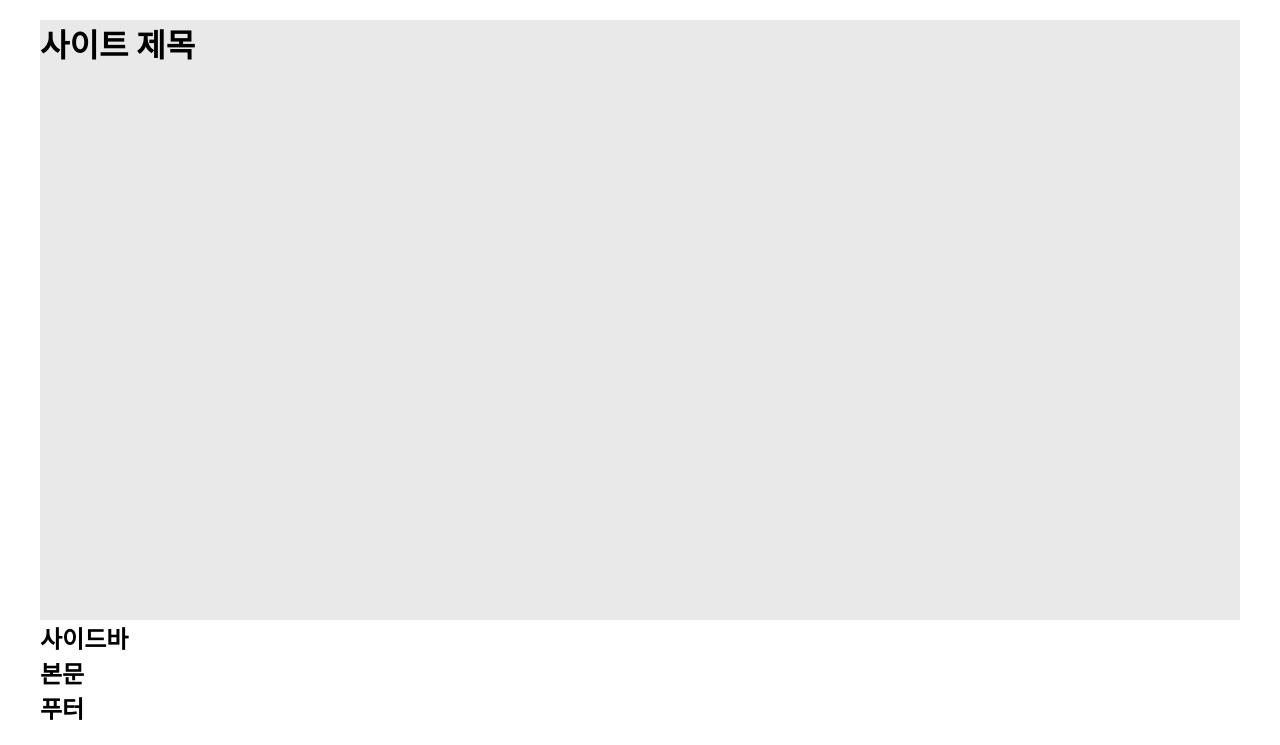
Repository: topyoungil/CodeMemories-ByJake
Page: HTML_CSS/WebContent/test/1003_css/2column.html
The author's editor kept a copy of each file at every save. The page is drawn from the files as they stood at one save, then again after the next save.
The browser window is 1280 px wide. The pictures show the whole page.

Above is the page before, as saved 2022-10-03 06:22:06.

After the next save:
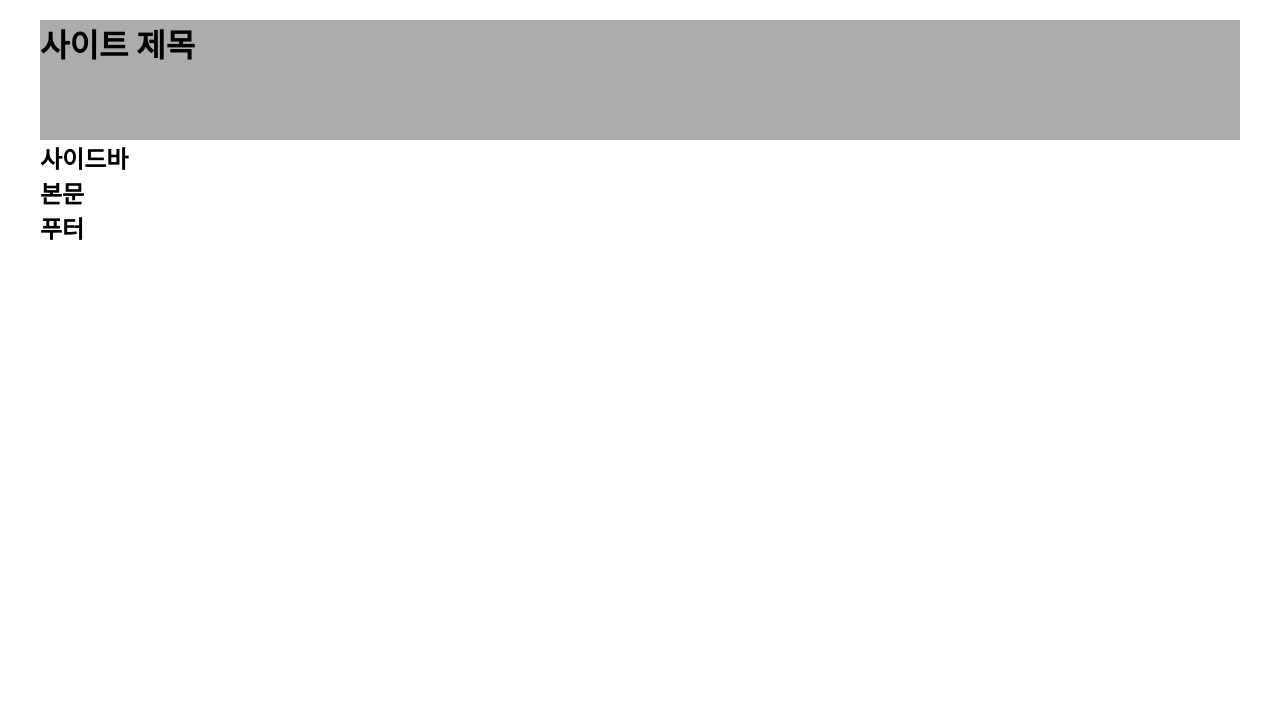
Saved 25 s later.
--- a/HTML_CSS/WebContent/test/1003_css/2column.html
+++ b/HTML_CSS/WebContent/test/1003_css/2column.html
@@ -17,9 +17,8 @@
 
 	#header {
 		width: 100%;
-		height: 600px;
-		background-color: #e9e9e9;
-		float: left;
+		height: 120px;
+		background-color: #acacac;
 	}
 </style>
 </head>
